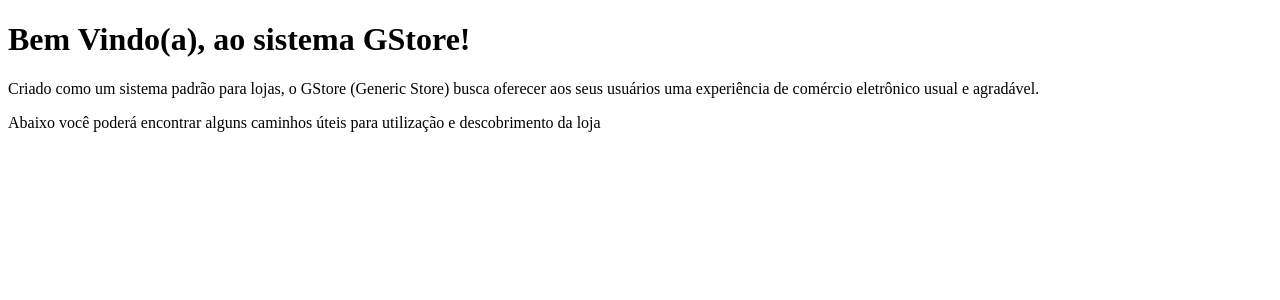
Repository: ElizeusRamos/gstore
Page: GStoreWorkspace/GStoreWeb/WebContent/index.html
These files come from the project's save history. The page is drawn as it stood at one moment and after the next save; the edit follows.
The browser window is 1280 px wide. The pictures show the whole page.

Above is the page before, as saved 2022-05-29 13:29:55.

### GStoreWorkspace/GStoreWeb/WebContent/index.html
<!DOCTYPE html>
<html>
	<head>
		<meta charset="ISO-8859-1">
		<title>Página Default</title>
	</head>
	<body>
		<h1>Bem Vindo(a), ao sistema GStore!</h1>
		<p>
			Criado como um sistema padrão para lojas, o GStore (Generic Store) busca oferecer aos seus usuários
			uma experiência de comércio eletrônico usual e agradável.
		</p>
		<p>
			Abaixo você poderá encontrar alguns caminhos úteis para utilização e descobrimento da loja
		</p>
	</body>
</html>

After the next save:
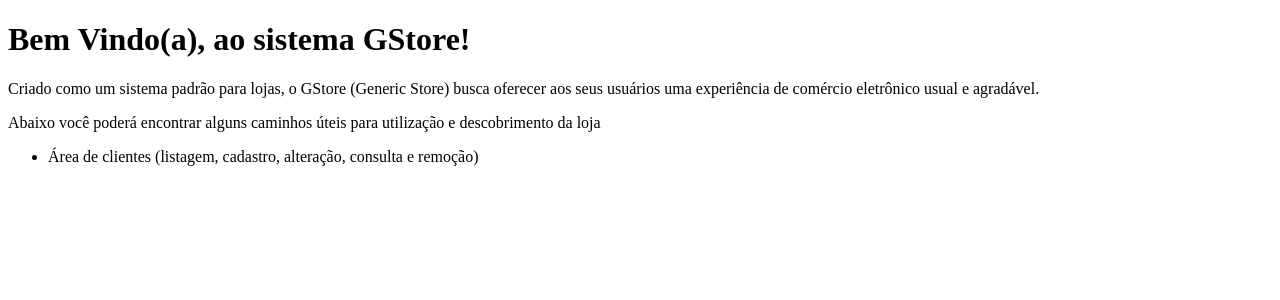
Saved 82 s later.
--- a/GStoreWorkspace/GStoreWeb/WebContent/index.html
+++ b/GStoreWorkspace/GStoreWeb/WebContent/index.html
@@ -13,5 +13,10 @@
 		<p>
 			Abaixo você poderá encontrar alguns caminhos úteis para utilização e descobrimento da loja
 		</p>
+		<p>
+			<ul>
+				<li><a>Área de clientes (listagem, cadastro, alteração, consulta e remoção)</a></li>
+			</ul>
+		</p>
 	</body>
 </html>
